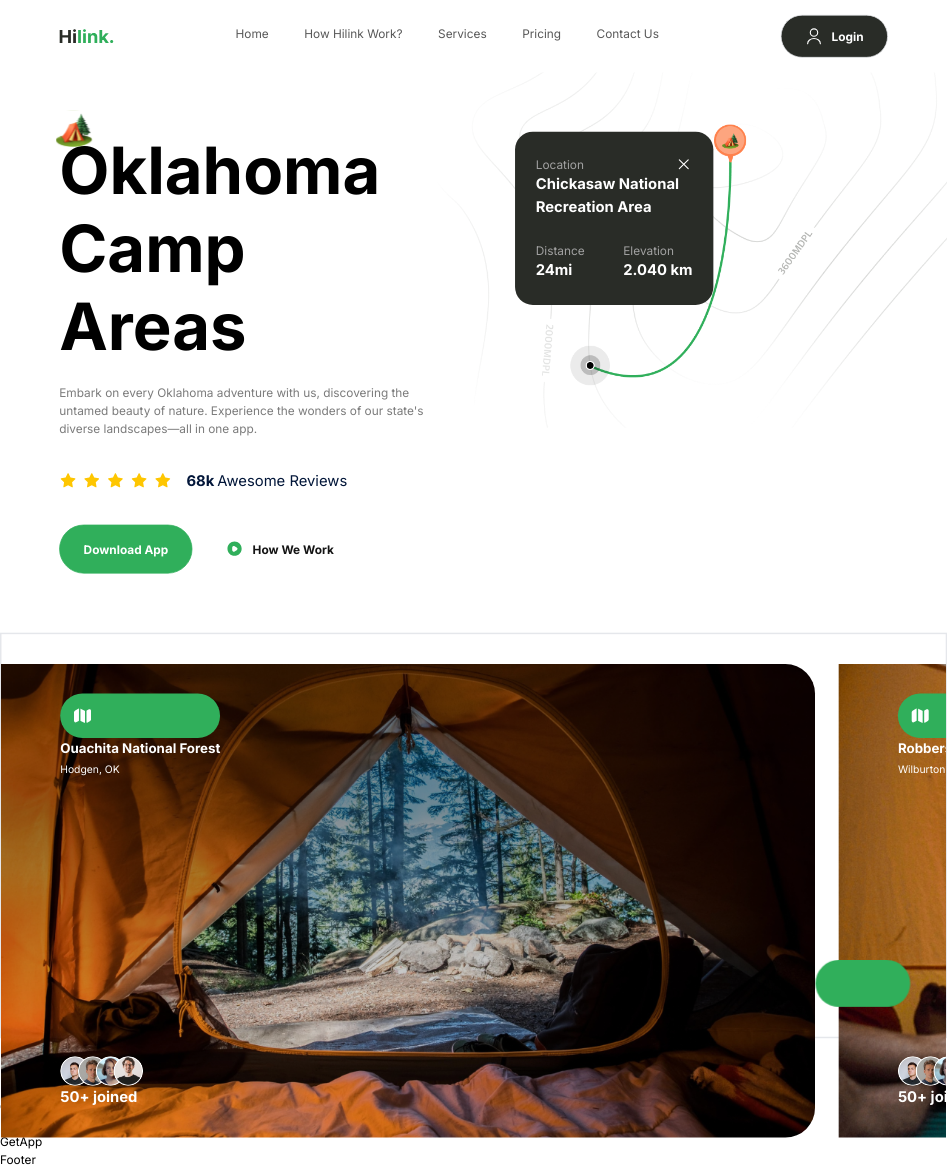
Repository: MikeeBuilds/camp
Page: /
An editor plug-in stored every save of this project. The page is shown before and after the next save, followed by the edit.
The browser window is 1280 px wide. The pictures show the whole page, at 74% of full size.
The project was rebuilt for these pictures with package versions that can differ from the ones it lists, and the page was loaded fresh each time. The framework's server and built-in components were replaced by stand-ins that run in the browser. Also part of the build but not shown: next.config.js.

Above is the page before, as saved 2023-11-24 22:21:25.

After the next save:
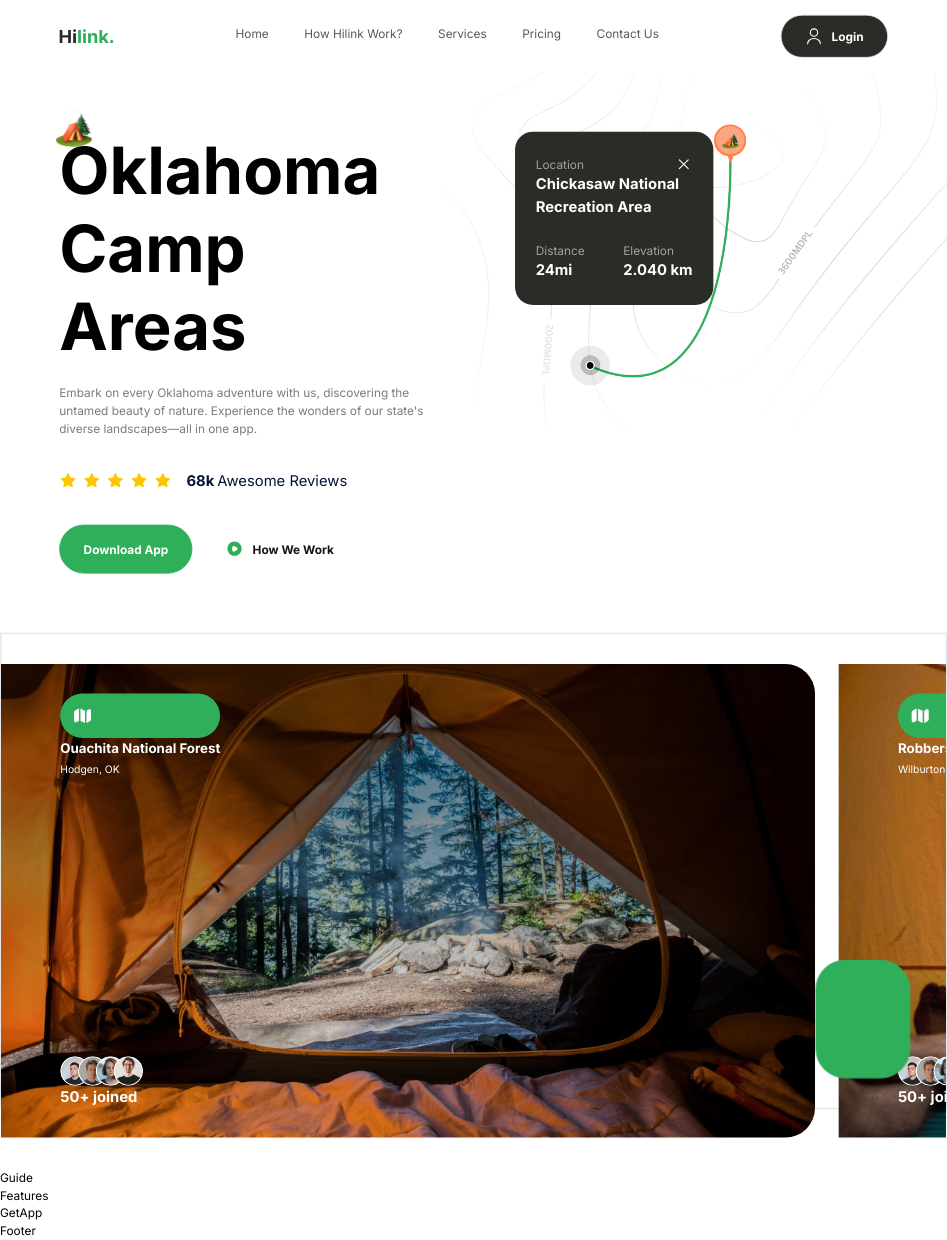
Saved 5 s later.
--- a/components/Camp.tsx
+++ b/components/Camp.tsx
@@ -73,7 +73,7 @@ const Camp = () => {
       </div>
 
       <div className="flexEnd mt-10 px-6 lg:-mt-60 lg:mr-6">
-        <div className="bg-green-50 p-8 lg:max-w-[500px] xl:max-w-[734px] xl:rounded-5xl xl:px-16 xl:py">
+        <div className="bg-green-50 p-8 lg:max-w-[500px] xl:max-w-[734px] xl:rounded-5xl xl:px-16 xl:py-20 relative">
 
         </div>
       </div>
